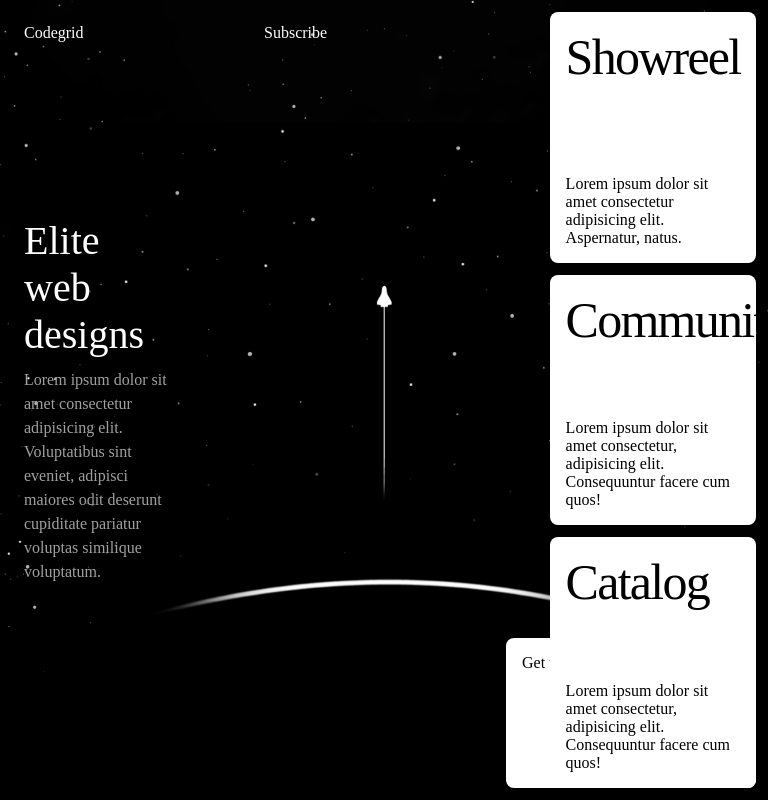
Repository: burhanjawed/Responsive-Slide-Out-Menu
Page: index.html
These files come from the project's save history. The page is drawn as it stood at one moment and after the next save; the edit follows.
The browser window is 768 px wide. The pictures show the whole page.
Some icons come from a web library that is not loaded, so they are not drawn. Some web libraries are served in a nearby version.

Above is the page before, as saved 2023-11-26 22:09:56.

### index.html
<!DOCTYPE html>
<html lang="en">
  <head>
    <meta charset="UTF-8" />
    <meta name="viewport" content="width=device-width, initial-scale=1.0" />
    <title>Slide Out Menu</title>
    <script src="https://unpkg.com/@phosphor-icons/web"></script>
    <link rel="stylesheet" href="styles.css" />
  </head>
  <body>
    <div class="container">
      <div class="website-content">
        <nav>
          <div class="logo">Codegrid</div>
          <div class="logo">Subscribe</div>
          <div class="links">
            <a href="#">About</a>
            <a href="#">Infos</a>
            <a href="#">Contact</a>
          </div>
        </nav>

        <div class="hero">
          <h1>Elite web designs</h1>
          <p>
            Lorem ipsum dolor sit amet consectetur adipisicing elit.
            Voluptatibus sint eveniet, adipisci maiores odit deserunt cupiditate
            pariatur voluptas similique voluptatum.
          </p>
        </div>
      </div>

      <div class="overlay-toggle">
        <p>Get the Overlay</p>
        <p><i class="ph ph-arrow-right"></i></p>
      </div>
    </div>

    <div class="sidebar">
      <div class="card">
        <div class="card-title">
          <div>Showreel</div>
          <div class="close-btn"><i class="ph-thin ph-x"></i></div>
        </div>
        <div class="card-copy">
          <p>
            Lorem ipsum dolor sit amet consectetur adipisicing elit. Aspernatur,
            natus.
          </p>
        </div>
      </div>
      <div class="card">
        <div class="card-title">Community</div>
        <div class="card-copy">
          <p>
            Lorem ipsum dolor sit amet consectetur, adipisicing elit.
            Consequuntur facere cum quos!
          </p>
        </div>
      </div>
      <div class="card">
        <div class="card-title">Catalog</div>
        <div class="card-copy">
          <p>
            Lorem ipsum dolor sit amet consectetur, adipisicing elit.
            Consequuntur facere cum quos!
          </p>
        </div>
      </div>
    </div>
    <script src="https://cdnjs.cloudflare.com/ajax/libs/gsap/3.12.2/gsap.min.js"></script>
    <script></script>
  </body>
</html>

### styles.css
* {
  margin: 0;
  padding: 0;
  box-sizing: border-box;
}

html,
body {
  width: 100%;
  height: 100%;
  overflow-x: hidden;
  background: #000;
  color: #fff;
  font-family: 'Neue Montreal';
}

.container {
  position: relative;
  width: 100vw;
  height: 100vh;
  background: url(assets/bg.png) no-repeat 50% 50%;
  background-size: cover;
}

nav {
  position: fixed;
  width: 100%;
  display: flex;
  padding: 1.5em;
}

nav > div {
  flex: 1;
}

.cta {
  text-align: center;
}

.links {
  display: flex;
  justify-content: flex-end;
  gap: 2em;
}

a {
  text-decoration: none;
  color: #fff;
}

.hero {
  position: absolute;
  top: 50%;
  transform: translateY(-50%);
  padding: 0 1.5em;
  width: 25%;
}

.hero h1 {
  font-size: 40px;
  font-weight: 400;
  margin-bottom: 10px;
}

.hero p {
  color: #a0a0a0;
  line-height: 1.5;
}

i {
  position: relative;
}

.overlay-toggle {
  position: absolute;
  right: 0;
  bottom: 0;
  width: 250px;
  height: 150px;
  margin: 0.75em;
  padding: 1em;
  border-radius: 0.5em;
  background: #fff;
  color: #000;
  display: flex;
  justify-content: space-between;
  cursor: pointer;
}

::-webkit-scrollbar {
  display: none;
}

.sidebar {
  position: fixed;
  top: 0;
  right: 0;
  width: 30vw;
  height: 100vh;
  padding: 0.75em;
  display: flex;
  flex-direction: column;
  gap: 0.75em;
  overflow: hidden;
  pointer-events: none;
}

.card {
  position: relative;
  right: 0%;
  padding: 1em;
  flex: 1;
  background: #fff;
  color: #000;
  border-radius: 0.5em;
  overflow: hidden;
  display: flex;
  flex-direction: column;
  justify-content: space-between;
  cursor: pointer;
}

.card:nth-child(1) .card-title {
  display: flex;
  justify-content: space-between;
}

.close-btn {
  position: relative;
  font-size: 60px;
  transform: scale(0);
  transition: transform 0.3s;
  transform-origin: center;
}

.card:nth-child(1) .close-btn {
  transform: scale(1);
}

.card-title {
  font-size: 50px;
  letter-spacing: -0.035em;
}

After the next save:
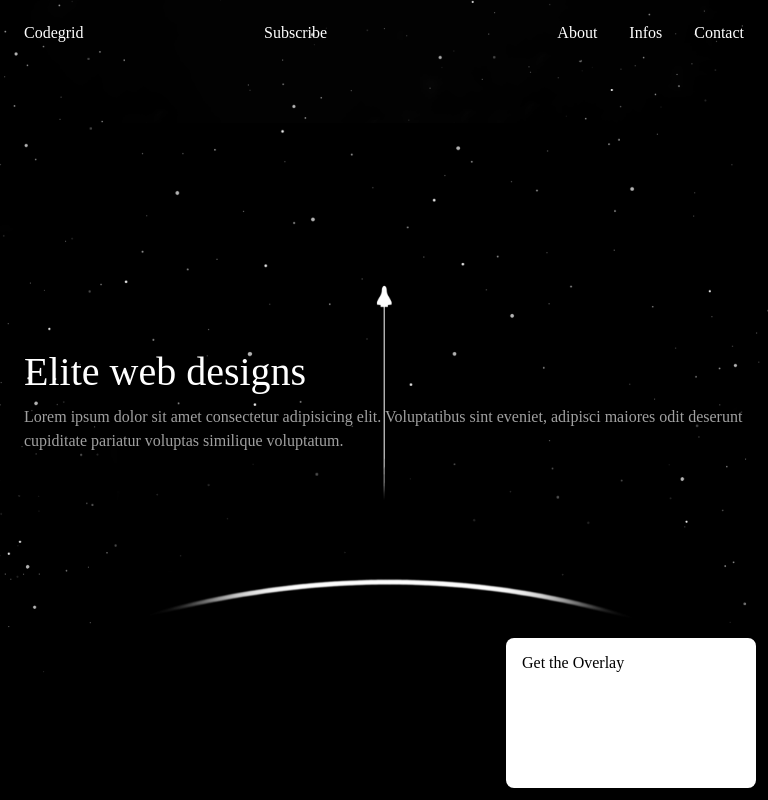
Saved 4 min 12 s later.
--- a/styles.css
+++ b/styles.css
@@ -107,7 +107,7 @@ i {
 
 .card {
   position: relative;
-  right: 0%;
+  right: -110%;
   padding: 1em;
   flex: 1;
   background: #fff;
@@ -141,3 +141,32 @@ i {
   font-size: 50px;
   letter-spacing: -0.035em;
 }
+
+.card-copy {
+  position: relative;
+  opacity: 0;
+  transform: translateY(20px);
+  font-size: 15px;
+  transition: transform 0.3s, opacity 0.3s;
+}
+
+.card:hover {
+  background: #020b44;
+  color: #fff;
+}
+
+.card:hover .card-copy {
+  opacity: 1;
+  transform: translateY(0px);
+}
+
+@media (max-width: 900px) {
+  .hero {
+    width: 100%;
+    top: 25;
+  }
+
+  .sidebar {
+    width: 100vw;
+  }
+}
